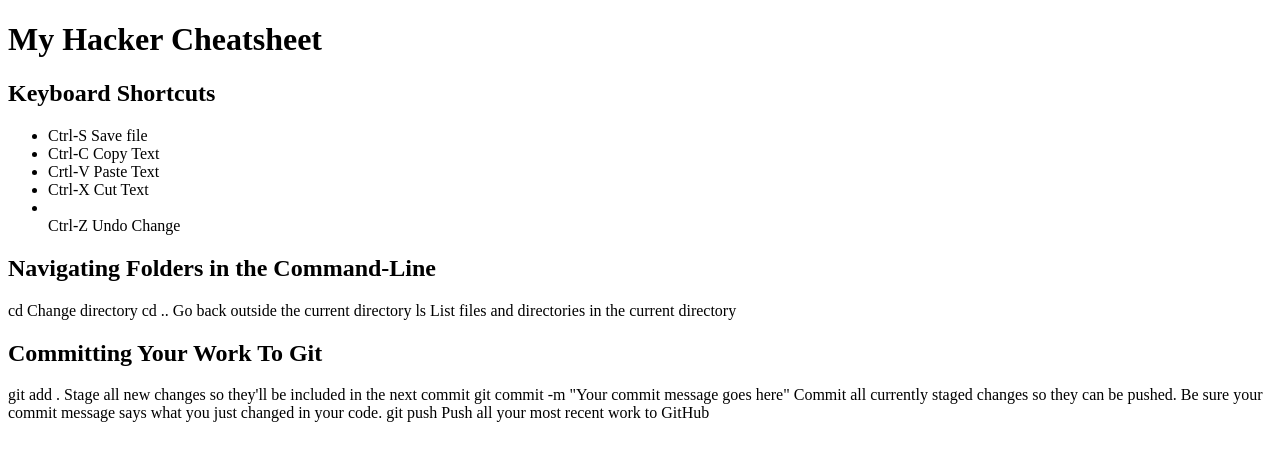
Repository: normansinegar/normansinegar.github.io
Page: cheatsheet.html
The author's editor kept a record of every edit. The page is drawn from the files as they stood at one moment, then again after the next edit.
The browser window is 1280 px wide. The pictures show the whole page.

Above is the page before.

After the next edit:
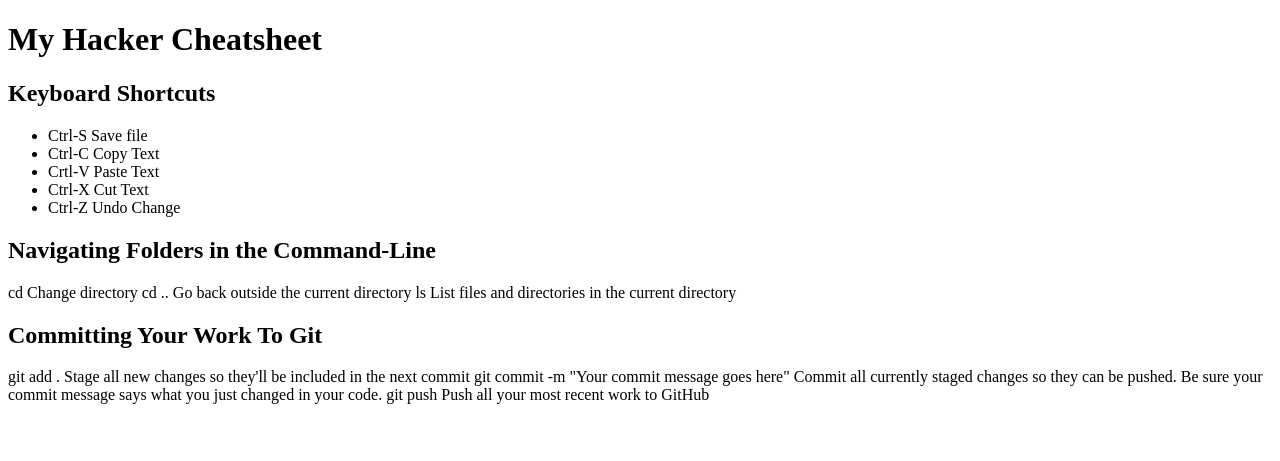
The edit:
--- a/cheatsheet.html
+++ b/cheatsheet.html
@@ -22,7 +22,8 @@
         <li>
         Ctrl-X
         Cut Text
-        <li></li>
+        </li>
+        <li>
         Ctrl-Z
         Undo Change
         </ul>
